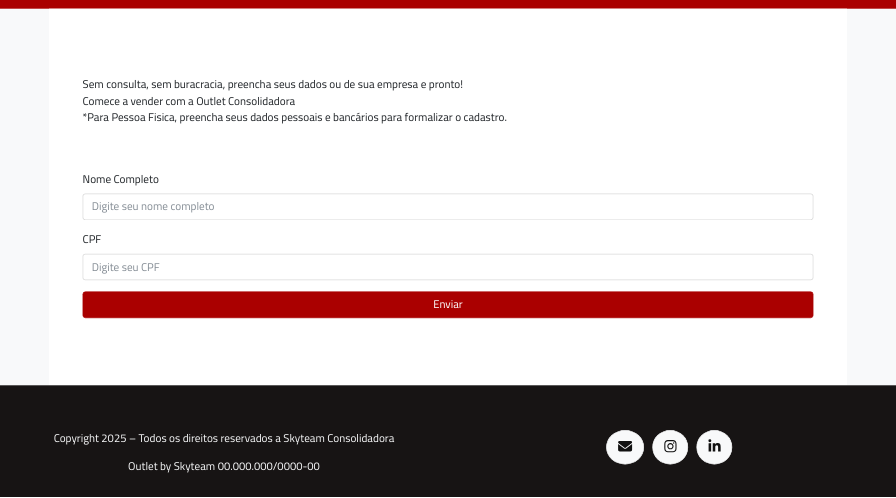
Repository: SkyTeam-Dev/Outlet_Site
Page: Site/Template_Page.html
These files come from the project's save history. The page is drawn as it stood at one moment and after the next save; the edit follows.
The browser window is 1280 px wide. The pictures show the part of the page from y = 418 to 2338 px (the page is 1129 px tall before and 2782 px after), at 70% of full size.
Some web libraries are served in a nearby version.

Above is the page before, as saved 2025-03-25 16:24:17.

### Site/Template_Page.html
<!DOCTYPE html>
<html lang="pt-br">

<head>
    <title>:: Outlet by Skyteam ::</title>
    <!-- Define uma descrição otimizada para mecanismos de busca (Maximo 160 caracteres mas o recomendado é 50 caracteres) -->
    <meta name="description"
        content="CADASTRO SIMPLES, DESCONTOS E CASHBACK A viagem do seu cliente com as melhores condições Conectamos o agente a descontos imbatíveis Ofereça seus serviços a preços mais atrativos com a Outlet By Skyteam, uma plataforma para reservas de aéreo, hotelaria, seguro-viagem e locação nacional com descontos e cashback, projetada para qualquer agente de viagem" />
    <!-- Define palavras-chave (não tem mais impacto no Google, mas pode ajudar em outros mecanismos) -->
    <meta name="keywords" content="palavra-chave1, palavra-chave2, palavra-chave3">
    <meta charset="utf-8">
    <meta http-equiv="X-UA-Compatible" content="IE=edge">
    <link rel="canonical" href="https://outlet.tur.br/" />
    <link rel='shortlink' href='https://outlet.tur.br/' />

    <!-- Define a indexação pelos mecanismos de busca -->
    <meta name="robots" content="index, follow"> <!-- Para indexar e seguir links -->
    <meta name="googlebot" content="index, follow"> <!-- Específico para o Google -->
    <meta name="bingbot" content="index, follow"> <!-- Específico para o Bing -->

    <!-- GOOGLE JSON-LD para SEO -->
    <script type="application/ld+json">
        {
          "@context": "https://schema.org",
          "@type": "WebSite",
          "name": "Outlet by Skyteam",
          "url": "https://outlet.tur.br",
          "description": "CADASTRO SIMPLES, DESCONTOS E CASHBACK A viagem do seu cliente com as melhores condições Conectamos o agente a descontos imbatíveis Ofereça seus serviços a preços mais atrativos com a Outlet By Skyteam, uma plataforma para reservas de aéreo, hotelaria, seguro-viagem e locação nacional com descontos e cashback, projetada para qualquer agente de viagem.",
          "image": "https://outlet.tur.br/Templates/Default/Imagens/OG_Outlet_Base.jpg",
          "author": {
            "@type": "Person",
            "name": "Outlet"
          },
          "publisher": {
            "@type": "Organization",
            "name": "Outlet by Skyteam",
            "logo": {
              "@type": "ImageObject",
              "url": "https://outlet.tur.br/Templates/Default/Imagens/OG_Outlet_Base.jpg"
            }
          }
        }
        </script>
    <!-- GOOGLE JSON-LD para SEO -->

    <!-- Define o autor do conteúdo -->
    <meta name="author" content="Outlet by Skyteam">

    <!-- Controla como o Google exibe o snippet do site -->
    <meta name="google" content="nosnippet"> <!-- Impede snippets na SERP -->
    <meta name="google" content="max-snippet:-1, max-image-preview:large, max-video-preview:-1">
    <!-- Personaliza como o conteúdo é mostrado -->

    <!-- Diz ao Google para não traduzir a página automaticamente -->
    <meta name="google" content="notranslate">

    <!-- Define a geolocalização para buscas locais -->
    <meta name="DC.title" content="Outlet By SkyTeam" />
    <meta name="geo.region" content="BR-RS" />
    <meta name="geo.placename" content="Porto Alegre" />
    <meta name="geo.position" content="-30.030205;-51.229975" />
    <meta name="ICBM" content="-30.030205, -51.229975" />
    <!-- Criador do conteúdo -->
    <meta name="DC.creator" content="Outlet By SkyTeam">
    <!-- Assunto ou tema do conteúdo -->
    <meta name="DC.subject" content="CADASTRO SIMPLES, DESCONTOS E CASHBACK para qualquer agente de viagem"">
<!-- Descrição do conteúdo -->
<meta name=" DC.description"
        content="CADASTRO SIMPLES, DESCONTOS E CASHBACK A viagem do seu cliente com as melhores condições Conectamos o agente a descontos imbatíveis Ofereça seus serviços a preços mais atrativos com a Outlet By Skyteam, uma plataforma para reservas de aéreo, hotelaria, seguro-viagem e locação nacional com descontos e cashback, projetada para qualquer agente de viagem">

    <!-- Editora ou organização responsável -->
    <meta name="publisher" content="Outlet By SkyTeam">
    <!-- Identificador único (ex: URL, DOI) -->
    <meta name="identifier" content="https://outlet.tur.br">
    <!-- Idioma do conteúdo -->
    <meta name="language" content="pt-BR">

    <!-- Direitos autorais e licenciamento -->
    <meta name="rights" content="© 2025 Outlet By SkyTeam. Todos os direitos reservados.">


    <!-- Definição do protocolo Open Graph BASE -->
    <meta property="og:type" content="website">
    <!-- URL canônica da página -->
    <meta property="og:url" content="https://outlet.tur.br/">
    <!-- Título que aparecerá no compartilhamento -->
    <meta property="og:title" content="Outlet by Skyteam">
    <!-- Descrição curta e chamativa -->
    <meta property="og:description"
        content="CADASTRO SIMPLES, DESCONTOS E CASHBACK A viagem do seu cliente com as melhores condições Conectamos o agente a descontos imbatíveis Ofereça seus serviços a preços mais atrativos com a Outlet By Skyteam, uma plataforma para reservas de aéreo, hotelaria, seguro-viagem e locação nacional com descontos e cashback, projetada para qualquer agente de viagem">
    <!-- Imagem para exibição no compartilhamento -->
    <meta property="og:image" content="https://outlet.tur.br/Templates/Default/Imagens/OG_Outlet_Base.jpg">
    <!-- 1200x630 pixels é o tamanho recomendado pelo Facebook e outras redes sociais -->
    <meta property="og:image:alt" content="Logo da Outlet descrição">
    <!-- Especificações adicionais para a imagem -->
    <meta property="og:image:width" content="1200">
    <meta property="og:image:height" content="630">
    <!-- Nome do site (opcional, mas recomendado) -->
    <meta property="og:site_name" content="Outlet by Skyteam">
    <!-- Idioma da página -->
    <meta property="og:locale" content="pt_BR">
    <!-- Definição do protocolo Open Graph BASE -->

    <!-- Twitter Card -->
    <meta name="twitter:card" content="summary_large_image">
    <meta name="twitter:title" content="Outlet by Skyteam">
    <meta name="twitter:description"
        content="CADASTRO SIMPLES, DESCONTOS E CASHBACK A viagem do seu cliente com as melhores condições Conectamos o agente a descontos imbatíveis Ofereça seus serviços a preços mais atrativos com a Outlet By Skyteam, uma plataforma para reservas de aéreo, hotelaria, seguro-viagem e locação nacional com descontos e cashback, projetada para qualquer agente de viagem">
    <meta name="twitter:image" content="https://outlet.tur.br/Templates/Default/Imagens/OG_Outlet_Base.jpg">
    <!-- Twitter Card -->



    <meta name="viewport" content="width=device-width, initial-scale=1, shrink-to-fit=no">

    <link rel='preconnect' href='//fonts.googleapis.com' />
    <link rel="preconnect" href="//fonts.gstatic.com" crossorigin>
    <link rel='preconnect' href='//jsdelivr.net' />
    <link rel='preconnect' href='//cdn.jsdelivr.net' />
    <link rel='preconnect' href='//code.jquery.com' />



    <!-- CSS -->
    <link rel="stylesheet"
        href="https://cdn.jsdelivr.net/npm/@fortawesome/fontawesome-free@6.7.2/css/fontawesome.min.css">
    <link rel="stylesheet" href="Templates/Default/CSS/bootstrap.css">
    <link rel="stylesheet" href="Templates/Default/CSS/Site.css">

    <link rel="stylesheet" href="https://cdn.jsdelivr.net/npm/slick-carousel@1.8.1/slick/slick.css" />
    <link rel="stylesheet" href="https://cdn.jsdelivr.net/npm/slick-carousel@1.8.1/slick/slick-theme.css" />


    <!-- CSS -->

    <!-- Favicon -->


    <!-- Favicon e Theme Color-->
    <link rel="icon" type="image/png" href="Templates/Default/Imagens/Favicons/favicon-96x96.png" sizes="96x96" />
    <link rel="icon" type="image/svg+xml" href="Templates/Default/Imagens/Favicons/favicon.svg" />
    <link rel="shortcut icon" href="Templates/Default/Imagens/Favicons/favicon.ico" />
    <link rel="icon" href="Templates/Default/Imagens/Favicons/favicon.ico" type="image/x-icon">
    <link rel="apple-touch-icon" sizes="180x180" href="Templates/Default/Imagens/Favicons/apple-touch-icon.png" />
    <link rel="manifest" href="Templates/Default/Imagens/Favicons/site.webmanifest" />
    <link rel="apple-touch-icon" href="Templates/Default/Imagens/Favicons/favicon-96x96.png">
    <meta name="msapplication-TileImage" content="Templates/Default/Imagens/Favicons/favicon-96x96.png">
    <meta name="theme-color" content="#aa0000">
    <meta name="apple-mobile-web-app-capable" content="yes">
    <meta name="apple-mobile-web-app-status-bar-style" content="black-translucent">
    <meta name="msapplication-TileColor" content="#aa0000">
    <!-- Favicon -->


    <!-- Rastreamento e Comunicação -->

    <!-- Rastreamento e Comunicação -->




</head>

<body>

    <div class="container-fluid" id="LoadingPage">
        <div class="row justify-content-center align-items-center text-center">

            <div class="mt-5 col-sm-12 justify-content-center align-items-center text-center">
                <img src="Templates/Default/Imagens/LOGO2.png" class='img-fluid ml-3' alt="Logo" style="height: 60px;">
            </div>
            <div class="col-sm-2 mt-1 justify-content-center align-items-center text-center">
                <div class="LoadingPage mt-5 mb-5"></div>
            </div>

        </div>
    </div>

    <div class="bg-light p-0" id="Site">



        <section id="Cabecalho-Superior" class="p-5 bg-primary">
            <div class="container-fluid justify-content-center align-items-center">
                <!-- =========================== CABEÇALHO (NAVBAR) ============================ -->

                <nav class="navbar navbar-expand-lg navbar-dark">
                    <div class="container-fluid">
                        <!-- Logo / Marca -->
                        <a class="navbar-brand" href="#">
                            <!-- Pode inserir um logo ou texto -->
                            <img src="Templates/Default/Imagens/LOGO1.png" class='img-fluid ml-3' alt="Logo"
                                style="height: 60px;">
                            <!-- Ou usar apenas texto:
                          <span>Outlet</span>
                          -->
                        </a>
                    </div>
                    <!-- Botão para exibir/ocultar menu no mobile -->
                    <button class="text-center btn btn-block navbar-toggler bg-primary text-white collapsed"
                        type="button" data-toggle="collapse" data-target="#navbarNav" aria-controls="navbarNav"
                        aria-expanded="false" aria-label="Toggle navigation">
                        <span class="navbar-toggler-icon"></span>
                    </button>

                    <!-- Itens de navegação -->
                    <div class="text-center justify-content-end align-items-center collapse navbar-collapse"
                        id="navbarNav">
                        <ul class="navbar-nav ">
                            <!-- Ajuste as rotas conforme necessidade -->
                            <li class="nav-item btn font-weight-bold">
                                <a class="nav-link text-white" href="#">Home</a>
                            </li>
                            <li class="nav-item btn font-weight-bold">
                                <a class="nav-link text-white" href="#">Cadastro</a>
                            </li>
                            <li class="nav-item btn font-weight-bold">
                                <a class="nav-link text-white" href="#">Dúvidas</a>
                            </li>
                            <li class="nav-item btn btn-primary text-white font-weight-bold">
                                <a class="nav-link text-white" href="#">Portal Outlet</a>
                            </li>
                        </ul>
                    </div>
                </nav>

                <div class="col-lg-6 col-sm-12 ml-3 mt-5 mb-5">
                    <h1 class="text-white">CADASTRO <span class="font-weight-bold">SIMPLES</span></h1>
                    <h1 class="text-white">E RÁPIDO</h1>
                    <p class="text-white">Preencha o formulário abaixo e aguarde nosso email com
                        o seu login e senha para o Portal Outlet</p>
                </div>

            </div>


        </section>



        <!-- SLIDER -->
        <!--
        <div class="container-fluid p-0 m-0">

            <div class="row p-0 m-0">
                <div class="col-sm-12 p-0 m-0">
                    <div class="SliderHome">

                        <div>
                            <img class="" src="https://fakeimg.pl/1920x600/ff0000/ffffff" />
                        </div>
                        <div>
                            <img class="" src="https://fakeimg.pl/1920x600/ffcc66/000000" />
                        </div>
                        <div>
                            <img class="" src="https://fakeimg.pl/1920x600/0066cc/ffff00" />
                        </div>
                    </div>
                </div>
            </div>
        </div>
        -->
        <!-- SLIDER -->

        <div class="container">

            <div class="row bg-white shadow-lg pb-5 justify-content-center align-items-center">
                <div class="col-sm-12 p-5">
                    <div class="row justify-content-center">

                        <div class="col-xl-12 col-lg-12 col-md-12 col-sm-12 mt-5">
                            <ul class="list-unstyled">
                                <li>Sem consulta, sem buracracia, preencha seus dados ou de sua empresa e pronto!</li>
                                <li>Comece a vender com a Outlet Consolidadora</li>
                                <li>*Para Pessoa Fisica, preencha seus dados pessoais e bancários para formalizar o
                                    cadastro.</li>
                            </ul>
                        </div>

                        <div class="col-xl-12 col-lg-12 col-md-12 col-sm-12 mt-5">


                            <form action="#" class="" name="Cadastro-Outlet">
                                <div class="form-group">
                                    <label for="nome">Nome Completo</label>
                                    <input type="text" class="form-control" id="nome"
                                        placeholder="Digite seu nome completo">
                                </div>
                                <div class="form-group">
                                    <label for="cpf">CPF</label>
                                    <input type="text" class="form-control" id="cpf" placeholder="Digite seu CPF">
                                </div>
                                <!-- Adicione outros campos conforme necessário -->
                                <button type="submit" class="btn btn-primary btn-block">Enviar</button>



                            </form>

                        </div>

                    </div>

                </div>

            </div>

        </div>

        <!-- Rodapé -->
        <footer class="bg-gray-site text-light py-3">
            <div class="container-fluid">
                <div class="row">
                    <!-- Coluna com o copyright -->
                    <div class="col-md-6 col-sm-12 mt-5 text-center">
                        <p>Copyright 2025 – Todos os direitos reservados a Skyteam Consolidadora</p>
                        <p>Outlet by Skyteam 00.000.000/0000-00</p>
                    </div>

                    <!-- Coluna com ícones de redes sociais -->
                    <div class="col-md-6 col-sm-12 text-center mt-5">

                        <a href="#" class="mr-2 btn btn-lg btn-light rounded-circle shadow-sm">
                            <i class="fa-solid fa-envelope mt-1"></i>
                        </a>

                        <a href="#" class="mr-2 btn btn-lg btn-light rounded-circle shadow-sm">
                            <i class="fa-brands fa-instagram mt-1"></i>
                        </a>

                        <a href="#" class="mr-2 btn btn-lg btn-light rounded-circle shadow-sm">
                            <i class="fa-brands fa-linkedin-in mt-1"></i>
                        </a>


                    </div>
                </div>
            </div>
        </footer>

    </div>
    </>

    <!-- Scripts Base -->
    <script src="https://cdn.jsdelivr.net/npm/jquery@3.6.0/dist/jquery.min.js"></script>
    <script src="https://cdn.jsdelivr.net/npm/popper.js@1.12.9/dist/umd/popper.min.js"
        integrity="sha384-ApNbgh9B+Y1QKtv3Rn7W3mgPxhU9K/ScQsAP7hUibX39j7fakFPskvXusvfa0b4Q"
        crossorigin="anonymous"></script>
    <script src="https://cdn.jsdelivr.net/npm/bootstrap@4.0.0/dist/js/bootstrap.min.js"
        integrity="sha384-JZR6Spejh4U02d8jOt6vLEHfe/JQGiRRSQQxSfFWpi1MquVdAyjUar5+76PVCmYl"
        crossorigin="anonymous"></script>
    <script src="https://cdn.jsdelivr.net/npm/@fortawesome/fontawesome-free@6.7.2/js/all.min.js"></script>
    <script src="https://cdn.jsdelivr.net/npm/jquery-match-height@0.7.2/dist/jquery.matchHeight.min.js"></script>
    <script src="https://cdn.jsdelivr.net/npm/slick-carousel@1.8.1/slick/slick.min.js"></script>

    <!-- Scripts Base -->

    <script>
        document.addEventListener("DOMContentLoaded", function () {
            setTimeout(() => {
                let loader = document.getElementById("LoadingPage");
                if (loader) {
                    loader.style.transition = "opacity 0.5s";
                    loader.style.opacity = "0";

                    setTimeout(() => {
                        loader.style.display = "none";
                        let site = document.getElementById("Site");
                        if (site) {
                            site.style.display = "block";
                        } else {
                            console.error("Elemento com ID 'Site' não encontrado.");
                        }
                    }, 500);
                } else {
                    console.error("Elemento com ID 'LoadingPage' não encontrado.");
                }
            }, 2000);
        });

    </script>

    <!-- SLIDER CONFIGURAÇÃO -->
    <!--
     <script>
        $(document).ready(function () {
            $('.SliderHome').slick({
                autoplay: true,
                fade: true,
                autoplaySpeed: 2000,
                infinite: true,
                dots: true,
                speed: 600,
                slidesToShow: 1,
                slidesToScroll: 1

            });
        });
    </script>
-->
    <!-- SLIDER CONFIGURAÇÃO -->


    <!-- Rastreamento e Comunicação -->

    <!-- Rastreamento e Comunicação -->

</body>

</html>

Loaded but not shown: Site/Templates/Default/CSS/bootstrap.css (library); Site/Templates/Default/CSS/Site.css (284 lines, source omitted); Site/Templates/Default/WebFonts/WebFont.css (103 lines, source omitted); Site/Templates/Default/CSS/Responsive.css (95 lines, source omitted)

After the next save:
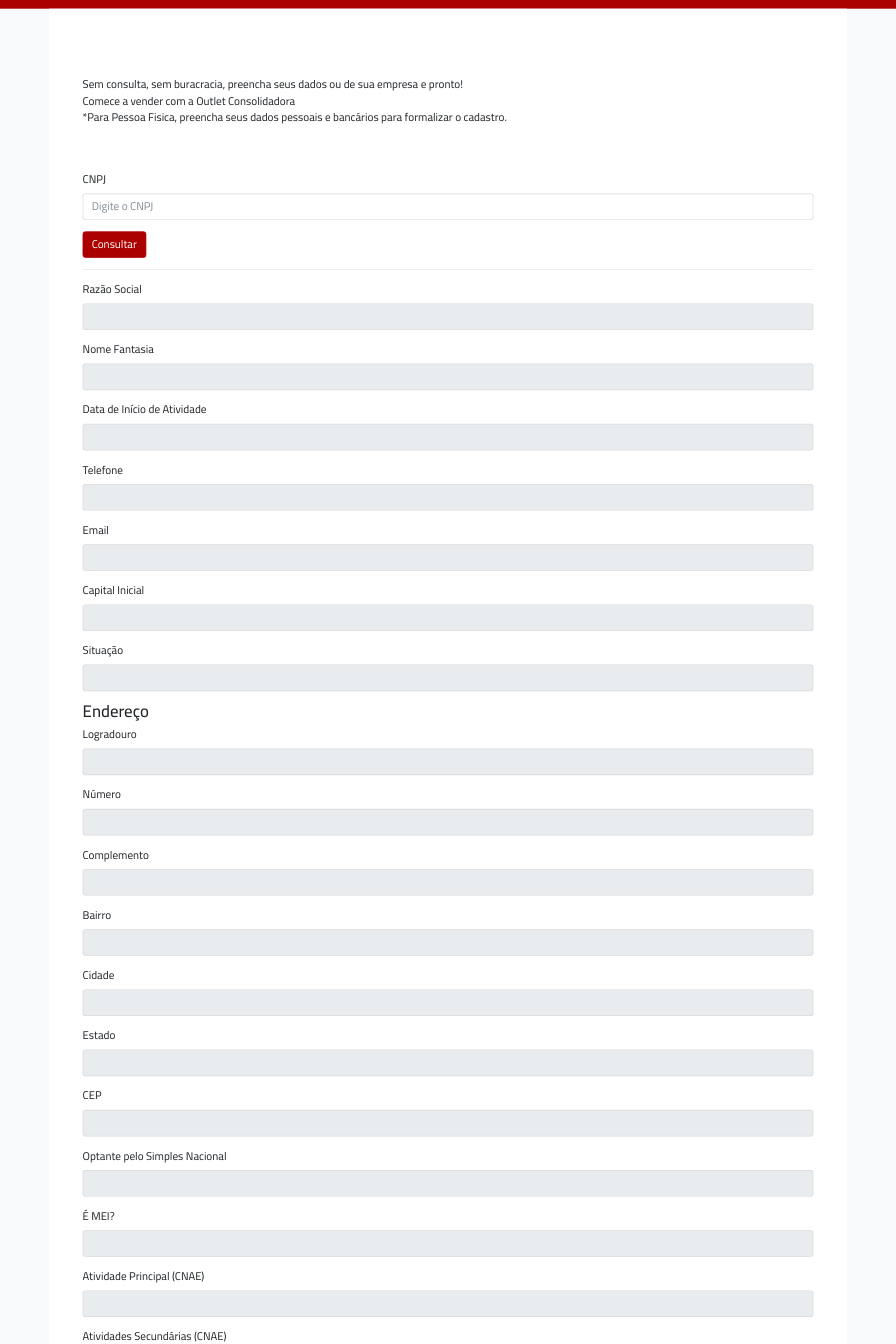
Saved 45 min 39 s later.
--- a/Site/Template_Page.html
+++ b/Site/Template_Page.html
@@ -282,14 +282,92 @@
 
                             <form action="#" class="" name="Cadastro-Outlet">
                                 <div class="form-group">
-                                    <label for="nome">Nome Completo</label>
-                                    <input type="text" class="form-control" id="nome"
-                                        placeholder="Digite seu nome completo">
-                                </div>
-                                <div class="form-group">
-                                    <label for="cpf">CPF</label>
-                                    <input type="text" class="form-control" id="cpf" placeholder="Digite seu CPF">
-                                </div>
+                                    <label for="CNPJ_Busca">CNPJ</label>
+                                    <input type="text" class="form-control" id="CNPJ_Busca" placeholder="Digite o CNPJ">
+                                  </div>
+                                  <button type="button" id="btnConsultar" class="btn btn-primary">Consultar</button>
+                                  <hr>
+                                  <!-- Dados retornados da API -->
+                                  <div class="form-group">
+                                    <label for="razaoSocial">Razão Social</label>
+                                    <input type="text" class="form-control" id="razaoSocial" readonly>
+                                  </div>
+                                  <div class="form-group">
+                                    <label for="nomeFantasia">Nome Fantasia</label>
+                                    <input type="text" class="form-control" id="nomeFantasia" readonly>
+                                  </div>
+                                  <div class="form-group">
+                                    <label for="dataInicio">Data de Início de Atividade</label>
+                                    <input type="text" class="form-control" id="dataInicio" readonly>
+                                  </div>
+                                  <div class="form-group">
+                                    <label for="telefone1">Telefone</label>
+                                    <input type="text" class="form-control" id="telefone1" readonly>
+                                  </div>
+                                  <div class="form-group">
+                                    <label for="email">Email</label>
+                                    <input type="text" class="form-control" id="email" readonly>
+                                  </div>
+                                  <div class="form-group">
+                                    <label for="capitalSocial">Capital Inicial</label>
+                                    <input type="text" class="form-control" id="capitalSocial" readonly>
+                                  </div>
+                                  <div class="form-group">
+                                    <label for="situacao">Situação</label>
+                                    <input type="text" class="form-control" id="situacao" readonly>
+                                  </div>
+
+                                  <h4>Endereço</h4>
+                                  <div class="form-group">
+                                    <label for="logradouro">Logradouro</label>
+                                    <input type="text" class="form-control" id="logradouro" readonly>
+                                  </div>
+                                  <div class="form-group">
+                                    <label for="numero">Número</label>
+                                    <input type="text" class="form-control" id="numero" readonly>
+                                  </div>
+                                  <div class="form-group">
+                                    <label for="complemento">Complemento</label>
+                                    <input type="text" class="form-control" id="complemento" readonly>
+                                  </div>
+                                  <div class="form-group">
+                                    <label for="bairro">Bairro</label>
+                                    <input type="text" class="form-control" id="bairro" readonly>
+                                  </div>
+                                  <div class="form-group">
+                                    <label for="municipio">Cidade</label>
+                                    <input type="text" class="form-control" id="municipio" readonly>
+                                  </div>
+                                  <div class="form-group">
+                                    <label for="uf">Estado</label>
+                                    <input type="text" class="form-control" id="uf" readonly>
+                                  </div>
+                                  <div class="form-group">
+                                    <label for="cep">CEP</label>
+                                    <input type="text" class="form-control" id="cep" readonly>
+                                  </div>
+                                  <div class="form-group">
+                                    <label for="simples">Optante pelo Simples Nacional</label>
+                                    <input type="text" class="form-control" id="simples" readonly>
+                                  </div>
+                                  <div class="form-group">
+                                    <label for="mei">É MEI?</label>
+                                    <input type="text" class="form-control" id="mei" readonly>
+                                  </div>
+                                  <div class="form-group">
+                                    <label for="atividadePrincipal">Atividade Principal (CNAE)</label>
+                                    <input type="text" class="form-control" id="atividadePrincipal" readonly>
+                                  </div>
+                                  <div class="form-group">
+                                    <label for="atividadesSecundarias">Atividades Secundárias (CNAE)</label>
+                                    <input type="text" class="form-control" id="atividadesSecundarias" readonly>
+                                  </div>
+                                  <div class="form-group">
+                                    <label for="socios">Sócios</label>
+                                    <input type="text" class="form-control" id="socios" readonly>
+                                  </div>
+
+
                                 <!-- Adicione outros campos conforme necessário -->
                                 <button type="submit" class="btn btn-primary btn-block">Enviar</button>
 
